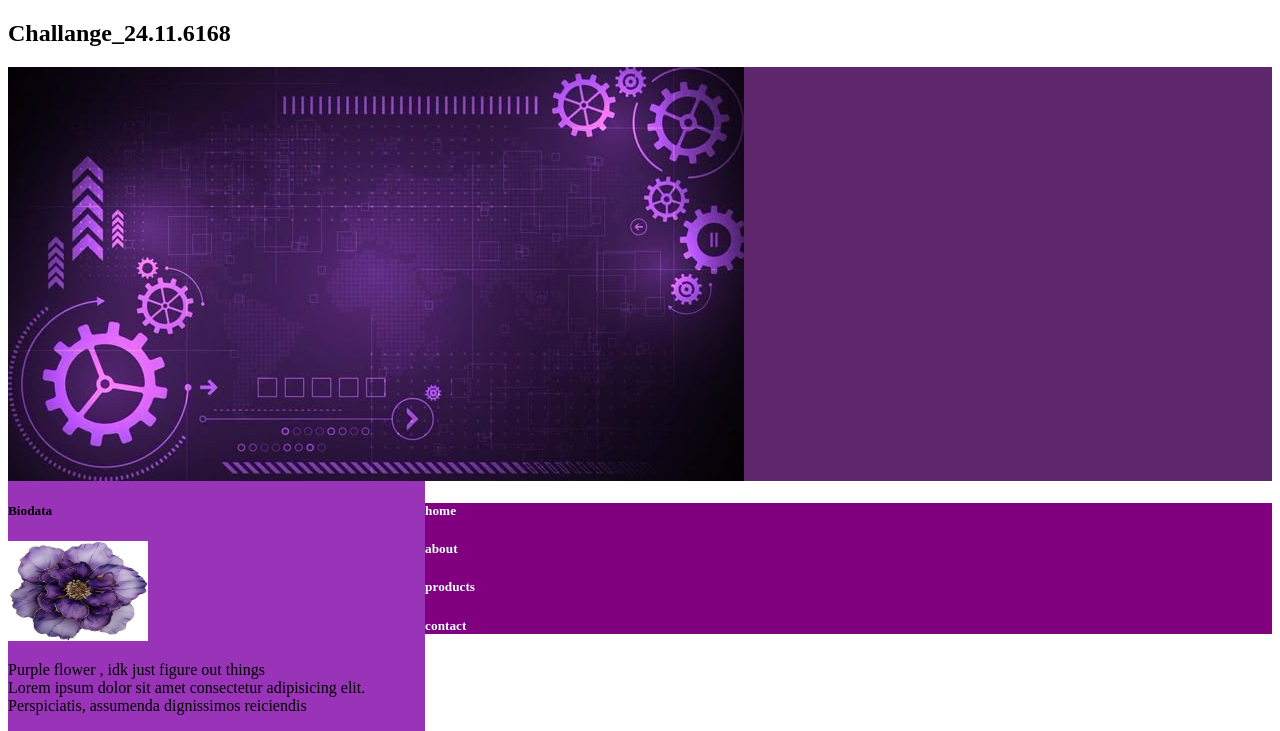
Repository: Ms-Ulfiyahrustam/p5_pemogramanweb
Page: index.html
The author's editor kept a copy of each file at every save. The page is drawn from the files as they stood at one save, then again after the next save.
The browser window is 1280 px wide. The pictures show the whole page.

Above is the page before, as saved 2026-04-27 09:26:16.

### index.html
<!DOCTYPE html>
<html lang="en">
<head>
    <meta charset="UTF-8">
    <meta name="viewport" content="width=device-width, initial-scale=1.0">
    <link rel="stylesheet" href="style.css">
    <title>Document</title>
</head>
<body class="">
    <h2>Challange_24.11.6168</h2>
    <div class="flex-container">
        <img src="download.jpg" alt="">
    </div>
    <div class="leftside">
        <h5>Biodata</h5>
        <img src="purple.jpg" alt="" width="140" height="100" >
        <p>Purple flower , idk just figure out things <br>
            Lorem ipsum dolor sit amet consectetur adipisicing elit. Perspiciatis, assumenda dignissimos reiciendis  <br>
        </p>
    </div>
    <div class="midplace">
        <h5>home</h5>
        <h5>about</h5>
        <h5>products</h5>
        <h5>contact</h5>
        </div>
</body>
</html>

### style.css


.flex-container{
    display: flex;
    background-color: rgb(95, 40, 109);
    margin: auto;
}

.leftside{
    width:33%;
    float:left;
    background-color: rgb(153, 52, 184);

}

.rightside{

}

.midplace{
    background-color: purple;
    color: azure;

}

After the next save:
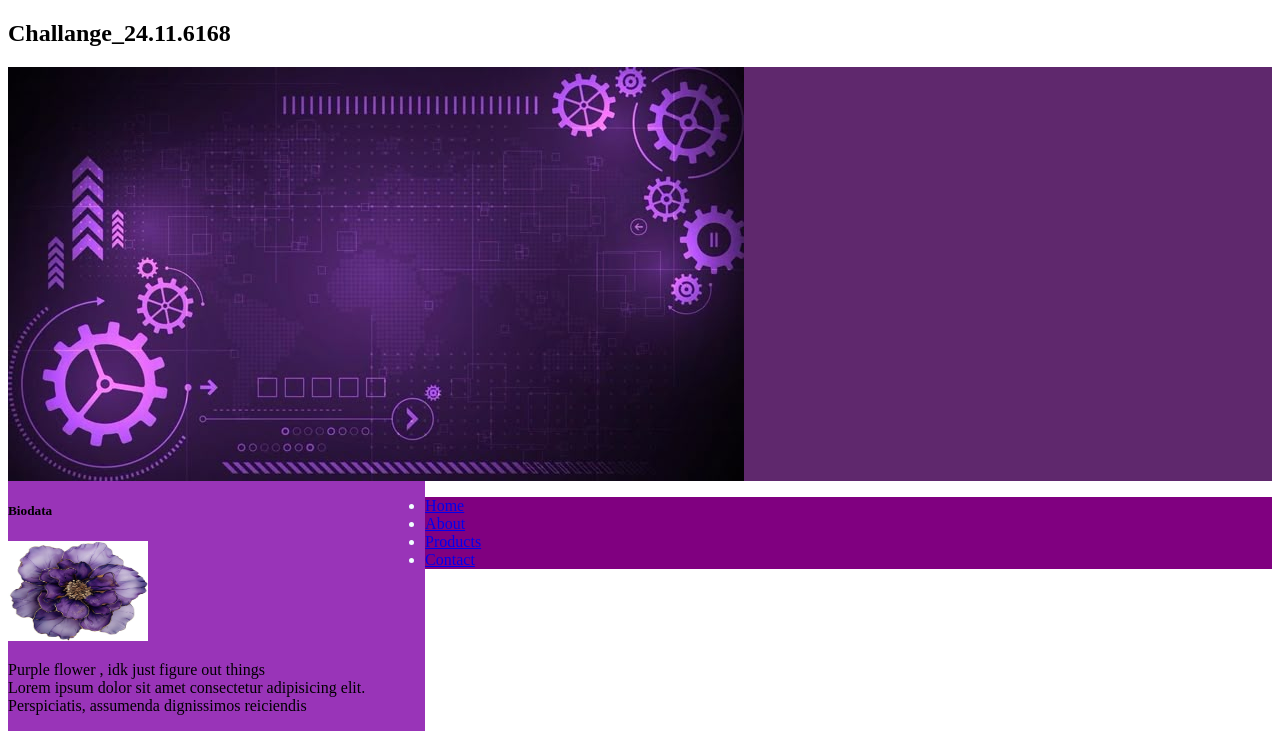
Saved 2 min 24 s later.
--- a/index.html
+++ b/index.html
@@ -19,10 +19,14 @@
         </p>
     </div>
     <div class="midplace">
-        <h5>home</h5>
-        <h5>about</h5>
-        <h5>products</h5>
-        <h5>contact</h5>
+<nav class="menu">
+  <ul>
+    <li><a href="#">Home</a></li>
+    <li><a href="#">About</a></li>
+    <li><a href="#">Products</a></li>
+    <li><a href="#">Contact</a></li>
+  </ul>
+</nav>
         </div>
 </body>
 </html>
